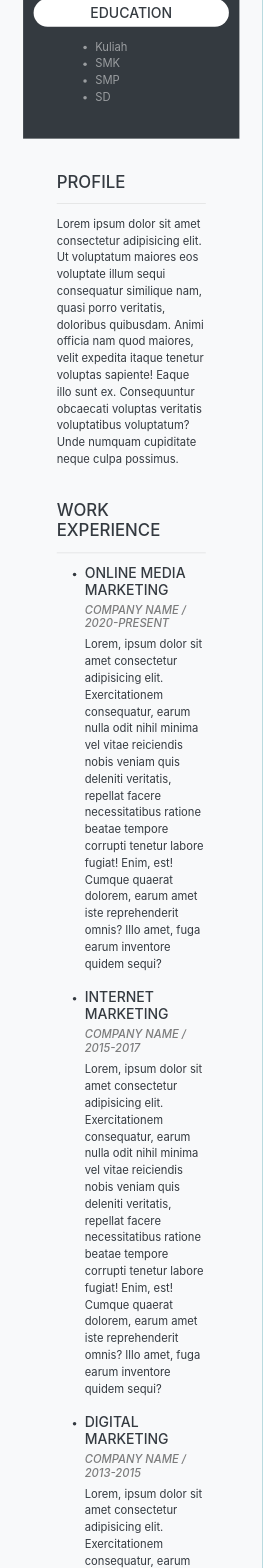
Repository: fadlyyy/fadlyyy.github.io
Page: index.html
The author's editor kept a copy of each file at every save. The page is drawn from the files as they stood at one save, then again after the next save.
The browser window is 375 px wide. The pictures show the part of the page from y = 906 to 3146 px (the page is 3672 px tall before and 2957 px after), at 70% of full size.

Above is the page before, as saved 2024-01-30 11:56:05.

### index.html
<!DOCTYPE html>
<html lang="en">

<head>
     <!-- Required meta tags -->
     <meta charset="utf-8" />
     <meta name="viewport" content="width=device-width, initial-scale=1, shrink-to-fit=no" />

     <!-- Bootstrap CSS -->
     <link rel="stylesheet" href="https://cdn.jsdelivr.net/npm/bootstrap@4.6.2/dist/css/bootstrap.min.css"
          integrity="sha384-xOolHFLEh07PJGoPkLv1IbcEPTNtaed2xpHsD9ESMhqIYd0nLMwNLD69Npy4HI+N" crossorigin="anonymous" />

     <!-- Icon -->
     <link rel="stylesheet" href="https://cdn.jsdelivr.net/npm/bootstrap-icons@1.11.3/font/bootstrap-icons.min.css" />

     <link rel="stylesheet" href="style.css" />

     <title>Hello, world!</title>
</head>

<body class="bg-info">
     <div class="container p-5 bg-light mt-5 mb-5 shadow shadow-lg">
          <div class="row">
               <div class="col-lg-4 bg-dark text-white text-center py-4">
                    <div class="header-left">
                         <img src="img/profile.png"
                              alt="" class="img-thumbnail rounded-circle mb-2 w-50 h-50" />
                         <h1 class="display-5">Fadli Rifai</h1>
                         <h4 class="lead text-uppercase text-white-50 mb-4">Web Programmer</h4>
                    </div>

                    <!-- general info -->
                    <div class="general-info">
                         <h5 class="text-uppercase bg-white text-dark py-2 rounded-pill">contact</h5>

                         <ul class="list-unstyled text-white-50 py-2 text-left ml-5">
                              <li class="list-item mb-1">
                                   <p>
                                        <i class="bi bi-phone mr-1"></i> 0896 0849 8550
                                   </p>
                              </li>
                              <li class="list-item mb-1 text-wrap w-75">
                                   <p>
                                        <i class="bi bi-envelope-at-fill mr-1"></i> fadlyrifai95@gmail.com
                                   </p>
                              </li>
                              <li class="list-item mb-1">
                                   <p>
                                        <i class="bi bi-browser-edge mr-1"></i> https://sangcahaya.id
                                   </p>
                              </li>
                              <li class="list-item">
                                   <i class="bi bi-signpost-2 mr-1"></i>
                                   Jatiluhur, Jatiasih, Bekasi
                              </li>
                         </ul>
                    </div>

                    <!-- skills -->
                    <div>
                         <h5 class="text-uppercase bg-white text-dark py-2 rounded-pill">skills</h5>
                         <ul class="list text-white-50 ml-5 py-2 text-left text-capitalize">
                              <li class="list-item">PHP</li>
                              <li class="list-item">laravel</li>
                              <li class="list-item">livewire</li>
                              <li class="list-item">codeigniter</li>
                              <li class="list-item">html</li>
                              <li class="list-item">css</li>
                              <li class="list-item">bootstrap</li>
                              <li class="list-item">javascript</li>
                              <li class="list-item">jquery</li>
                              <li class="list-item">mysql / sql server</li>
                         </ul>
                    </div>

                    <!-- educations -->
                    <div>
                         <h5 class="text-uppercase bg-white text-dark py-2 rounded-pill">education</h5>
                         <ul class="list text-white-50 ml-5 py-2 text-left text-capitalize">
                              <li class="list-item">Kuliah</li>
                              <li class="list-item">SMK</li>
                              <li class="list-item">SMP</li>
                              <li class="list-item">SD</li>
                         </ul>
                    </div>
               </div>

               <div class="col-lg-8 bg-light text-dark py-5 px-5 right-side">
                    <div class="header-right">
                         <h4 class="text-uppercase">Profile</h4>
                         <hr />
                         <p>
                              Lorem ipsum dolor sit amet consectetur adipisicing elit. Ut voluptatum maiores eos
                              voluptate illum sequi consequatur similique nam, quasi porro veritatis, doloribus
                              quibusdam. Animi officia nam quod maiores, velit expedita
                              itaque tenetur voluptas sapiente! Eaque illo sunt ex. Consequuntur obcaecati voluptas
                              veritatis voluptatibus voluptatum? Unde numquam cupiditate neque culpa possimus.
                         </p>
                    </div>

                    <div class="mt-5">
                         <h4 class="text-uppercase">work experience</h4>
                         <hr>

                         <ul class="list">
                              <li class="list-item">
                                   <h5 class="display-6 text-uppercase">online media marketing</h5>
                                   <h6 class="text-uppercase text-black-50 font-italic">company name / 2020-present</h6>
                                   <p>Lorem, ipsum dolor sit amet consectetur adipisicing elit. Exercitationem consequatur, earum nulla odit nihil minima vel vitae reiciendis nobis veniam quis deleniti veritatis, repellat facere necessitatibus ratione beatae tempore corrupti tenetur labore fugiat! Enim, est! Cumque quaerat dolorem, earum amet iste reprehenderit omnis? Illo amet, fuga earum inventore quidem sequi?</p>
                              </li>

                              <li class="list-item mt-4">
                                   <h5 class="display-6 text-uppercase">internet marketing</h5>
                                   <h6 class="text-uppercase text-black-50 font-italic">company name / 2015-2017</h6>
                                   <p>Lorem, ipsum dolor sit amet consectetur adipisicing elit. Exercitationem consequatur, earum nulla odit nihil minima vel vitae reiciendis nobis veniam quis deleniti veritatis, repellat facere necessitatibus ratione beatae tempore corrupti tenetur labore fugiat! Enim, est! Cumque quaerat dolorem, earum amet iste reprehenderit omnis? Illo amet, fuga earum inventore quidem sequi?</p>
                              </li>

                              <li class="list-item mt-4">
                                   <h5 class="display-6 text-uppercase">digital marketing</h5>
                                   <h6 class="text-uppercase text-black-50 font-italic">company name / 2013-2015</h6>
                                   <p>Lorem, ipsum dolor sit amet consectetur adipisicing elit. Exercitationem consequatur, earum nulla odit nihil minima vel vitae reiciendis nobis veniam quis deleniti veritatis, repellat facere necessitatibus ratione beatae tempore corrupti tenetur labore fugiat! Enim, est! Cumque quaerat dolorem, earum amet iste reprehenderit omnis? Illo amet, fuga earum inventore quidem sequi?</p>
                              </li>
                         </ul>
                    </div>
               </div>
          </div>
     </div>
     <!-- Optional JavaScript; choose one of the two! -->

     <!-- footer -->
     <div class="footer">
          <p class="text-light text-center text-capitalize" style="margin-top: -35px;">made by PT Digital Agency</p>
     </div>

     <!-- Option 1: jQuery and Bootstrap Bundle (includes Popper) -->
     <script src="https://cdn.jsdelivr.net/npm/jquery@3.5.1/dist/jquery.slim.min.js"
          integrity="sha384-DfXdz2htPH0lsSSs5nCTpuj/zy4C+OGpamoFVy38MVBnE+IbbVYUew+OrCXaRkfj"
          crossorigin="anonymous"></script>
     <script src="https://cdn.jsdelivr.net/npm/bootstrap@4.6.2/dist/js/bootstrap.bundle.min.js"
          integrity="sha384-Fy6S3B9q64WdZWQUiU+q4/2Lc9npb8tCaSX9FK7E8HnRr0Jz8D6OP9dO5Vg3Q9ct"
          crossorigin="anonymous"></script>

     <!-- Option 2: Separate Popper and Bootstrap JS -->
     <!--
    <script src="https://cdn.jsdelivr.net/npm/jquery@3.5.1/dist/jquery.slim.min.js" integrity="sha384-DfXdz2htPH0lsSSs5nCTpuj/zy4C+OGpamoFVy38MVBnE+IbbVYUew+OrCXaRkfj" crossorigin="anonymous"></script>
    <script src="https://cdn.jsdelivr.net/npm/popper.js@1.16.1/dist/umd/popper.min.js" integrity="sha384-9/reFTGAW83EW2RDu2S0VKaIzap3H66lZH81PoYlFhbGU+6BZp6G7niu735Sk7lN" crossorigin="anonymous"></script>
    <script src="https://cdn.jsdelivr.net/npm/bootstrap@4.6.2/dist/js/bootstrap.min.js" integrity="sha384-+sLIOodYLS7CIrQpBjl+C7nPvqq+FbNUBDunl/OZv93DB7Ln/533i8e/mZXLi/P+" crossorigin="anonymous"></script>
    -->
</body>

</html>

### style.css
.general-info ul li p {
    margin: 0;
}

/* Media Query */
/* Extra Large */
@media (max-width: 1200px) {

}

/* Laptop */
@media (max-width: 992px) {

}

/* Tablet */
@media (max-width: 768px) {

}

/* Mobile */
@media (max-width: 576px) {
    .right-side {
        padding-left: 0;
    }
}

After the next save:
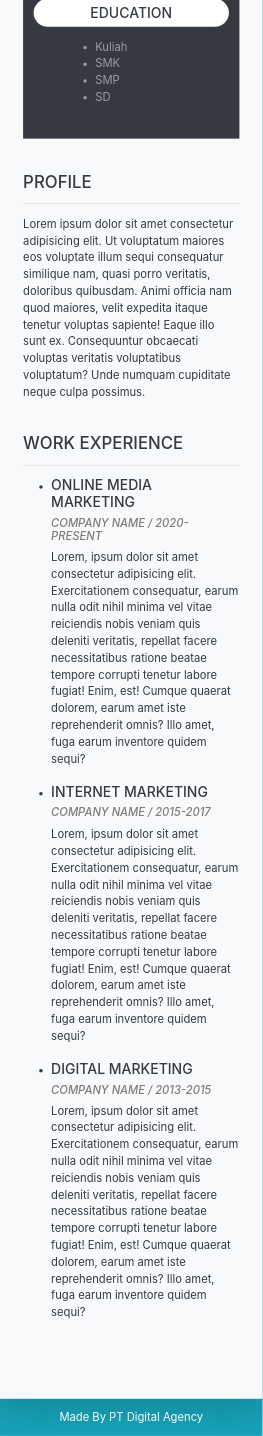
Saved 23 s later.
--- a/style.css
+++ b/style.css
@@ -21,6 +21,7 @@
 /* Mobile */
 @media (max-width: 576px) {
     .right-side {
-        padding-left: 0;
+        padding-left: 0 !important;
+        padding-right: 0 !important;
     }
 }
